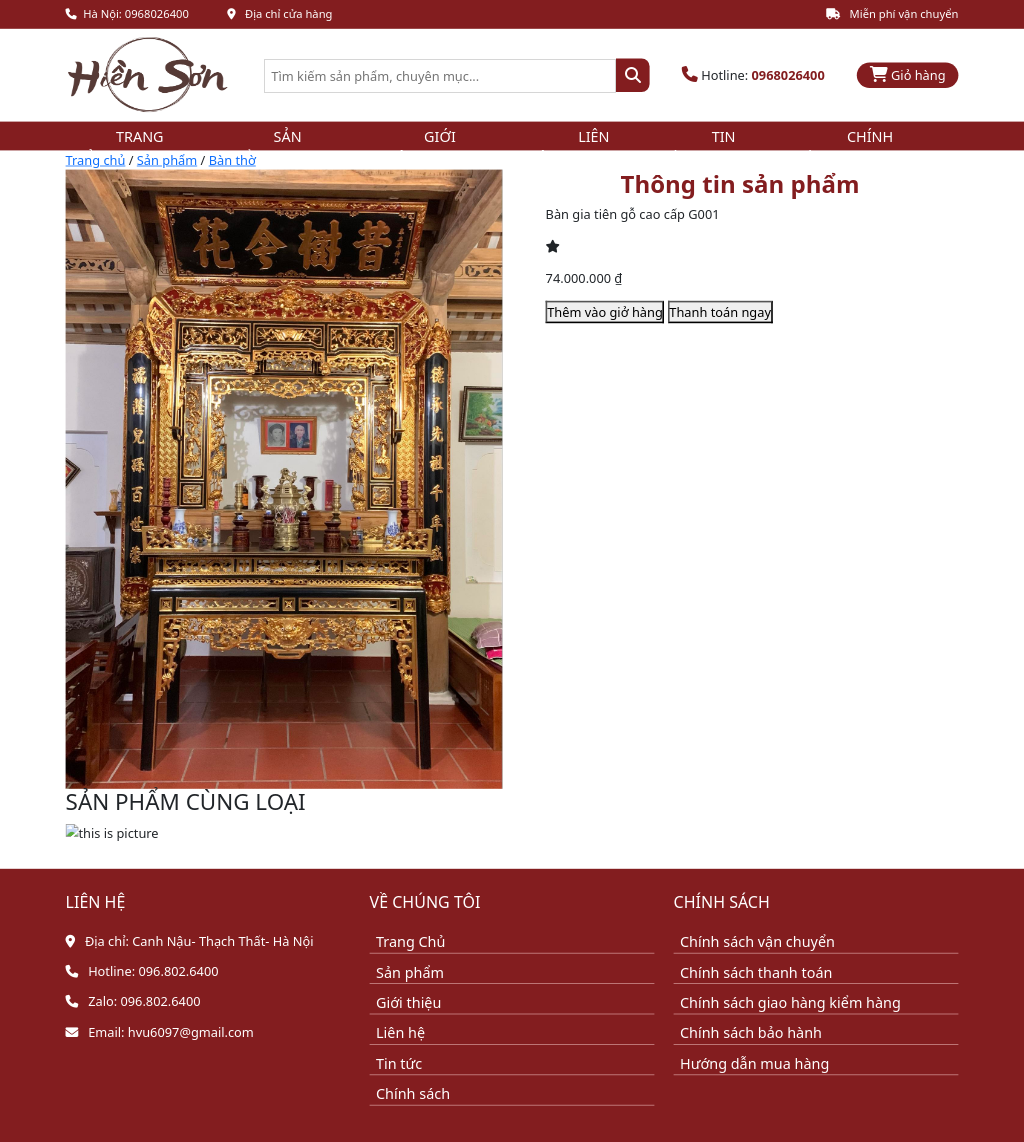
Repository: hoang28092000/do_go_hien_son
Page: product_details/ban_tho-g001.html
The author's editor kept a copy of each file at every save. The page is drawn from the files as they stood at one save, then again after a run of saves.
The browser window is 1280 px wide. The pictures show the whole page, at 80% of full size.
Some web libraries are served in a nearby version.

Above is the page before, as saved 2024-08-10 20:03:35.

### product_details/ban_tho-g001.html
<!DOCTYPE html>
<html lang="en">
<head>
    <meta charset="UTF-8">
    <meta name="viewport" content="width=device-width, initial-scale=1.0">
    <link rel="stylesheet" href="../asset/style.css">
    <link rel="stylesheet" href="https://cdnjs.cloudflare.com/ajax/libs/font-awesome/6.6.0/css/all.min.css" integrity="sha512-Kc323vGBEqzTmouAECnVceyQqyqdsSiqLQISBL29aUW4U/M7pSPA/gEUZQqv1cwx4OnYxTxve5UMg5GT6L4JJg==" crossorigin="anonymous" referrerpolicy="no-referrer" />
    <link href="https://cdn.jsdelivr.net/npm/bootstrap@5.3.3/dist/css/bootstrap.min.css" rel="stylesheet" integrity="sha384-QWTKZyjpPEjISv5WaRU9OFeRpok6YctnYmDr5pNlyT2bRjXh0JMhjY6hW+ALEwIH" crossorigin="anonymous">
    <title>Bàn thờ gia tiên G001</title>
</head>
<body>
    <div id="header">
        <div class="top_header">
            <div class="container">
                <div class=" d-flex align-items-center justify-content-between pt-1">
                    <div class="d-flex">
                        <p class="mb-0 me-5"><a href="" class="txt-th">
                            <i class="fa-solid fa-phone icon-th pe-2"></i>Hà Nội: 0968026400
                        </a></p>
                        <p class="mb-0"><a href="" class="txt-th">
                            <i class="fa-solid fa-location-dot icon-th pe-2"></i>
                        Địa chỉ cửa hàng</a></p>
                    </div>
                    <p class="mb-0"><a href="" class="txt-th">
                        <i class="fa-solid fa-truck icon-th pe-2"></i>
                    Miễn phí vận chuyển</a></p>
                </div>
            </div>
        </div>
    </div>

        <div class="main_header py-2">
            <div class="container">
                <ul class="d-flex justify-content-between align-items-center ps-0 mb-0">
                    <li class="logo-hs">
                        <a href="../index.html"><img src="../asset/image/logo_1.png" class="logo-hd" alt=""></a>
                    </li>
                    <li class="search-hd">
                        <input type="text" class="input-search-hd" placeholder="Tìm kiếm sản phẩm, chuyên mục..."><i class="fa-solid fa-magnifying-glass icon-search_hd"></i>
                    </li>

                    <li class="contact-hd">
                        <i class="fa-solid fa-phone icon-hd "></i>
                        <span class="txt-hd">Hotline: <b style="color: #831d1f;">0968026400</b></span>
                    </li>

                    <li class="cart-hd">
                        <p class="mb-0 cart-list py-1 px-3">
                            <i class="fa-solid fa-cart-shopping icon-cart"></i><span class="txt-cart"> Giỏ hàng</span>
                        </p>
                    </li>
                </ul>
            </div>
        </div>

        <div class="bottom_header">
            <div class="container">
                <ul class="links d-flex justify-content-center align-items-center mb-0 ps-0">
                    <li class="link "><a href="../index.html" class="txt-link">TRANG CHỦ</a></li>
                    <li class="link"><a href="../website/product.html" class="txt-link">SẢN PHẨM</a></li>
                    <li class="link"><a href="../website/about-us.html" class="txt-link">GIỚI THIỆU</a></li>
                    <li class="link"><a href="../website/contact.html" class="txt-link">LIÊN HỆ</a></li>
                    <li class="link"><a href="../website/news.html" class="txt-link">TIN TỨC</a></li>
                    <li class="link"><a href="../website/policy.html" class="txt-link">CHÍNH SÁCH</a></li>
                 </ul>
            </div>
        </div>
    </div>
    <div class="main-product_details">
        <div class="container">
            <div class="links-product_details">
                <a href="../index.html" class="">Trang chủ</a>
                <span class="slash"> /</span>
                <a href="../website/product.html" class="">Sản phẩm</a>
                <span class="slash"> /</span>
                <a href="../website/product.html" class="">Bàn thờ</a>
            </div>

            <div class="card-p_details">
                <div class="row">
                    <div class="col-lg-6">
                        <img src="../asset/image/anhn1.jfif" alt="" class="img-p_details w-100">
                    </div>
                    <div class="col-lg-6">
                        <div class="info-p_details">
                            <h3 class="name-p_details">
                                Thông tin sản phẩm
                            </h3>

                            <p class="desc-info-pd">
                                Bàn gia tiên gỗ cao cấp G001
                            </p>
                            <p class="evaluate">
                                <i class="fa-solid fa-star icon-star"></i>

                            </p>
                            <p class="price-pd">74.000.000 ₫</p>
                            <div class="pay">
                                <button class="add_cart">Thêm vào giở hàng</button>
                                <button class="buy">Thanh toán ngay</button>
                            </div>
                        </div>
                    </div>
                </div>
            </div>
            <h3 class="title-pd">
                SẢN PHẨM CÙNG LOẠI
            </h3>
            <div class="pd-relate">
                <div class="row">
                    <div class="col-lg-3">
                        <div class="card-pd">
                            <img src="" alt="this is picture">
                            <p class="name-product_r"></p>
                            <p class="info-pd_r"></p>
                        </div>
                    </div>
                </div>
            </div>
        </div>
    </div>


    <div id="footer" class="mt-3">
        <div class="container">
            <div class="row">
                <div class="col-lg-4">
                    <h4 class="title-ft">LIÊN HỆ</h4>
                    <ul class="list-info">
                        <li>
                            <i class="fa-solid fa-location-dot icon-ft pe-2"></i>
                            <span class="txt-ft">Địa chỉ: Canh Nậu- Thạch Thất- Hà Nội</span>
                        </li>
                        <li>
                            <i class="fa-solid fa-phone icon-ft pe-2"></i>
                            <span class="txt-ft">Hotline: 096.802.6400</span>
                        </li>
                        <li>
                            <i class="fa-solid fa-phone icon-ft pe-2"></i>
                            <span class="txt-ft">Zalo: 096.802.6400    </span>
                        </li>
                        <li>
                            <i class="fa-solid fa-envelope icon-ft pe-2"></i>
                           <span class="txt-ft">Email: hvu6097@gmail.com</span>
                        </li>
                    </ul>
                </div>
                <div class="col-lg-4">
                    <h4 class="title-ft">
                        VỀ CHÚNG TÔI
                    </h4>
                    <ul class="list-links ps-0">
                        <li class="item-link"><a href="../index.html" class="link-ft">Trang Chủ </a></li>
                        <li class="item-link"><a href="../website/product.html" class="link-ft">Sản phẩm</a></li>
                        <li class="item-link"><a href="../website/about-us.html" class="link-ft">Giới thiệu</a></li>
                        <li class="item-link"><a href="../website/contact.html" class="link-ft">Liên hệ</a></li>
                        <li class="item-link"><a href="../website/news.html" class="link-ft">Tin tức</a></li>
                        <li class="item-link"><a href="../website/policy.html" class="link-ft">Chính sách</a></li>
                    </ul>
                </div>
                <div class="col-lg-4">
                    <h4 class="title-ft">
                       CHÍNH SÁCH
                    </h4>
                    <ul class="list-links ps-0">
                        <li class="item-link"><a href="../website/policy.html" class="link-ft">Chính sách vận chuyển </a></li>
                        <li class="item-link"><a href="../website/policy.html" class="link-ft">Chính sách thanh toán</a></li>
                        <li class="item-link"><a href="../website/policy.html" class="link-ft">Chính sách giao hàng kiểm hàng</a></li>
                        <li class="item-link"><a href="../website/policy.html" class="link-ft">Chính sách bảo hành</a></li>
                        <li class="item-link"><a href="../website/policy.html" class="link-ft">Hướng dẫn mua hàng</a></li>
                    </ul>
                </div>

            </div>
        </div>
    </div>
</body>
</html>

### asset/style.css
*{
    padding: 0px;
    margin: 0px ;
    box-sizing: border-box;
    list-style: none;
}

.top_header{
    height: 36px;
    background-color: #831d1f;
}

.top_header .txt-th{
    color: #fff;
    font-size: 14px;
    text-decoration: none;
    font-weight: 500;
}

.top_header .icon-th{
    color: #fff;
}
.top_header .txt-th:hover,
.top_header .icon-th:hover{
    opacity: 0.7;
}

.main_header .logo-hd{
    height: 100px;
    width: 208px;
}
.main_header .input-search-hd{
    font-size: 16px;
    color: #333;
    padding-left: 8px;
    width: 440px;
    height: 42px;
    border: 1px solid #ccc;
    outline: none;
}
.main_header .icon-search_hd{
    font-size: 20px;
    background-color: #831d1f;
    padding: 11px;
    color: #fff;
    border-radius: 0 10px 10px 0;
}
.main_header .icon-search_hd:hover{
    opacity: 0.7;
    cursor: pointer;
}
.main_header .contact-hd .icon-hd{
    font-size: 20px;
    color: #831d1f;
}
.cart-hd .cart-list{
    background-color: #831d1f;
    border-radius: 16px;
}
.cart-hd .txt-cart{
    font-size: 16px;
    font-weight: 500;
    color: #fff;
}
.cart-hd .icon-cart{
    font-size: 20px;
    color: #fff;
}
.cart-hd .cart-list:hover{
    opacity: 0.7;
    cursor: pointer;
}

.bottom_header{
    height: 36px;
    background-color: #831d1f;
}
.bottom_header .links{
    list-style: none;
    padding-top: 6px;
}

.links .txt-link{
    text-decoration: none;
    font-size: 18px;
    font-weight: 500;
    color: #fff;
    padding: 7px 63px 5px;
}
/* .links .txt-link:first-child{
    padding-left:0 ;

}
.links .txt-link:last-child{
    padding-right:0 ;
} */
.links .txt-link:hover{
    cursor: pointer;
    background-color: #bd7071;
}


/* Main*/
#main{
    padding: 20px 0;
}

.left-main .product_portfolio .txt_portfolio{
    font-size: 18px;
    font-weight: 600;
    padding: 4px 10px 4px 0;
    text-align: center;
    background-color: #831d1f;
    color: #fff;
}

.left-main .list_portfolio .items-product{
    border-bottom: 1px solid #ccc;
    padding: 10px 0 4px;
}

.left-main .list_portfolio .items-product:hover{
    background-color: #bd7071;
    color: #fff;
    cursor: pointer;
}
.left-main .list_portfolio .items-product:hover .txt-porduct {
    color: #fff;
}

.left-main .list_portfolio .txt-porduct{
    font-size: 18px;
    color: #333;
    text-decoration: none;
    padding-left: 4px;
    font-weight: 500;
}

/* right-main */

.right-main .first_news .txt-title{
    font-size: 32px;
    font-weight: 600;
    color: #fff;
    background-color: #831d1f;
    padding-left: 10px;

}
.right-main .first_news .hr-title{
    height: 3px;
    background-color: rgb(83, 19, 19);
}
.right-main .first_news .img-rm{
    height: 700px;
}

.right-main .first_news .title-news{
    font-size: 24px;
    font-weight: 500;
    color: #333;

}
.right-main .first_news .txt-bnews{
    font-size: 22px;
    font-weight: 500;
    color: #333;
}
.right-main .first_news .txt-news{
    font-size: 18px;
    color: 16px;
    padding-left: 40px;
    font-weight: 400;
}

.right-main .first_news  .btxt-news{
    font-size: 20px;
    font-weight: 400;
    color: #333;
    padding-left: 20px;
}


/* Main product */
#main .product .img-product{
    height: 412px;
}
#main .product{
    box-shadow: 0px 0px 5px 4px #ccc;
    padding-bottom: 20px;
}
.link-product{
    text-decoration: none;

}
.product .name-product{
    font-size: 18px;
    color: #333;
    font-weight: 500;
    text-align: center;

}
.product .sold-out{
    font-size: 16px;
    color: #757070;
    text-align: center;
}
.product .price-pr{
    font-size: 18px;
    font-weight: 500;
    color: #757070;
    text-decoration: line-through;
}
.product .price-promotion{
    font-size: 18px;
    font-weight: 500;
    color: #fff;
    background-color: #831d1f;
    border-radius: 20px;
    text-align: center;
    padding: 4px 10px;
}
.product .icon_cart-product{
    font-size: 20px;
    color: #831d1f;
    margin-left: 10px;
}

#main .relate_news .title_relate{
    font-size: 24px;
    color: #fff;
    background-color: #831d1f;
    padding: 8px 0 8px 8px;
}
.relate_news .link-relate{
    text-decoration: none;
}
.relate_news .card-relate{
    padding-bottom: 20px;
    box-shadow: 0px 0px 5px 4px #ccc;
}
.card-relate .img-relate{
    height: 229px;
}
.card-relate .info_relate{
    padding: 20px 20px 0 20px;
}
.card-relate .info_relate .h-relate{
    font: size 18px;
    color: #333;
    font-weight: 500;
}
.card-relate .info_relate .desc-relate{
    font-size: 16px;
    font-weight: 400;
    color: #333;
}




/* main about-us */
.main_about-us .title-as{
    font-size: 30px;
    font-weight: 600;
    color: #831d1f;
    text-align: center;
}
.main_about-us .hr-as{
    width: 200px;
    height: 4px;
    background-color: #831d1f;
    margin: 0 auto;
}
.main_about-us .heading-txt{
    font-size: 20px;
    font-weight: 500;
    color: #333;
}

.main_about-us .desc-as{
    font-size: 18px;
    color: #333;
    line-height: 1.8;
}


/* main contact */

.main-contact .title-contact{
    font-size: 30px;
    font-weight: 600;
    color: #831d1f;
    text-align: center;
}

.main-contact .my-info{
    box-shadow: 0px 0px 5px 4px #ccc;
    padding:  20px ;
    height: 437px;
}
.main-contact .my-info .logo-info{
    width: 100px;
    height: 100px;
    border: 2px double #831d1f;

}
.main-contact .my-info .icon-contact{
    font-size: 20px;
    color: #831d1f;
}

.main-contact .my-info .your-info{
    font-size: 22px;
    font-weight: 500;
    color: #831d1f;
    text-align: center;
}
.main-contact .my-info .txt-yi{
    font-size: 18px;
    color: #333;
    font-weight: 500;
}

.main-contact .my-info .input-yi{
    width: 100%;
    outline: none;
    border: 1px solid #ccc;
    padding : 4px 0 4px 6px;
}
.main-contact .text-contact{
    font-size: 18px;
    color: #831d1f;
    font-weight: 500;
    text-align: center;
}
.main-contact .btn-submit{
    border-radius: 10px;
    background-color: #831d1f;
    color: #fff;
    padding: 6px 30px;
    font-size: 18px;
}


/* main-news*/
.main-news .title-news{
    font-size: 24px;
    font-weight: 500;
    color: #831d1f;
    border-bottom: 5px solid #831d1f;
}
.main-news .img-news{
    height: 205px;
}

.main-news .link-news{
    text-decoration: none;
}

.main-news .card-news{
    height: 373px;
    border: 1px solid #ccc;
}

.main-news .link-news .info-news{
    padding: 0 8px;
}

.main-news .link-news .heading-news{
    font-size: 18px;
    font-weight: 500;
    color: #333;
    padding-top: 16px;
    margin-bottom: 0;
}
.main-news .link-news .desc-news{
    font-size: 16px;
    font-weight: 400;
    color: #333;
    margin-top: 4px;
    margin-bottom: 0;
}
.main-news .link-news .time-up{
    font-size: 12px;
    color: #757070;
    font-style: italic;
    padding: 10px 0 20px;
    float: right ;
}

/*main policy  */
.main-policy .title-policy{
    font: 30px;
    color: #831d1f;
    font-weight: 700;
    text-align: center;
    padding-top: 40px;
}
.main-policy .hr-policy{
    width: 200px;
    height: 4px;
    background-color: #831d1f;
    margin: 0 auto;
}
.main-policy .info-policy{
    margin-bottom: 32px;
}

.main-policy .heading-policy{
    font-size: 20px;
    color: #333;
    font-weight: 500;
}

.main-policy .txt-policy{
    padding-left: 20px;
}


/* main thiết kế phòng thờ hợp phong thủy */
.main-design_news .title-ds_news{
    font-size: 30px;
    font-weight: 700;
    color: #831d1f;
    margin-top: 30px;
    text-align: center;
}
.main-design_news .desc-news{
    font-size: 20px;
    color: #333;
    font-weight: 400;
    line-height: 1.7;
}
.main-design_news .img-news{
    height: 400px;
    width: 45%;
    padding: 10px 20px;
}
.main-design_news .desc-img{
    font-size: 16px;
    color: #423e3e;
    font-style: italic;
    text-align: center;
    padding-top: 20px;
}
.main-design_news .title_desc-news{
    font-size: 24px;
    font-weight: 600;
}


/* main- san pham chi tiet */

.main-product_details{

}
.main-product_details .info-p_details{
    padding: 0 30px;

}
.main-product_details .info-p_details .name-p_details{
    font-size: 30px;
    color: #831d1f;
    font-weight: 600;
    text-align: center;
}
/* footer */
#footer{
    background-color: #831d1f;
    padding: 30px 0;
}
#footer .title-ft{
    font-size: 20px;
    font-weight: 500;
    color: #fff;
    margin-bottom: 24px;
}
#footer .list-info{
    padding-left: 0;
}
#footer .txt-ft ,
.icon-ft{
    color: #fff;
    font-size: 16px;
    font-weight: 400;
    padding-bottom: 18px;
}
#footer .list-links .link-ft{
    font-size: 18px;
    color: #fff;
    font-weight: 400;
    text-decoration: none;
    padding-left: 8px;
}
#footer .list-links .item-link{
    border-bottom: 1px solid #cc8b8b;
    margin-bottom: 10px;
}
#footer .list-links .item-link:hover{
    background-color: #bd7071;
    cursor: pointer;

}

After the next 2 saves:
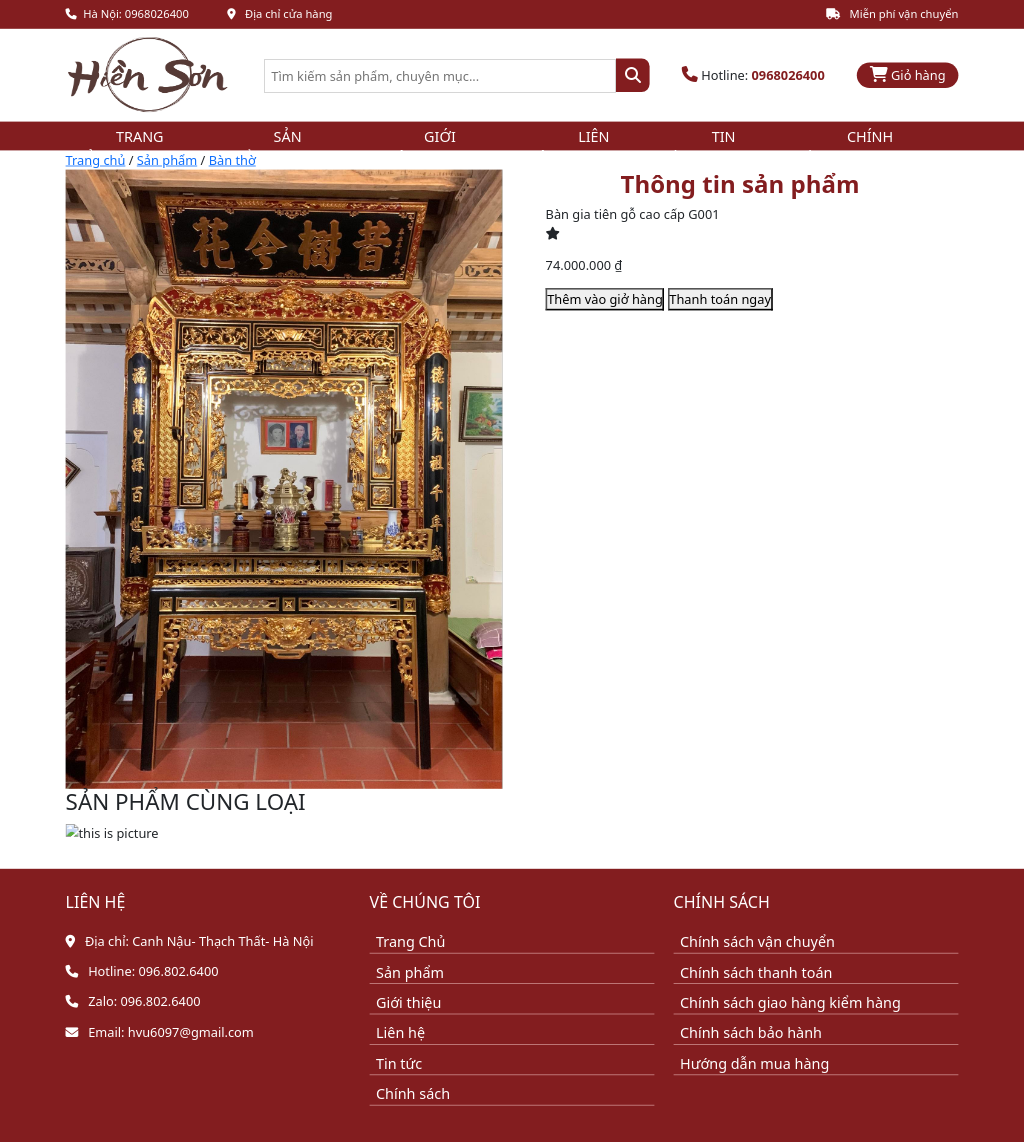
The 2 saves are shown as one change because they came seconds apart.
The last was saved 2 min 4 s later.
--- a/product_details/ban_tho-g001.html
+++ b/product_details/ban_tho-g001.html
@@ -87,9 +87,9 @@
                                 Thông tin sản phẩm
                             </h3>
 
-                            <p class="desc-info-pd">
+                            <div class="desc-info-pd">
                                 Bàn gia tiên gỗ cao cấp G001
-                            </p>
+                            </d>
                             <p class="evaluate">
                                 <i class="fa-solid fa-star icon-star"></i>
 
